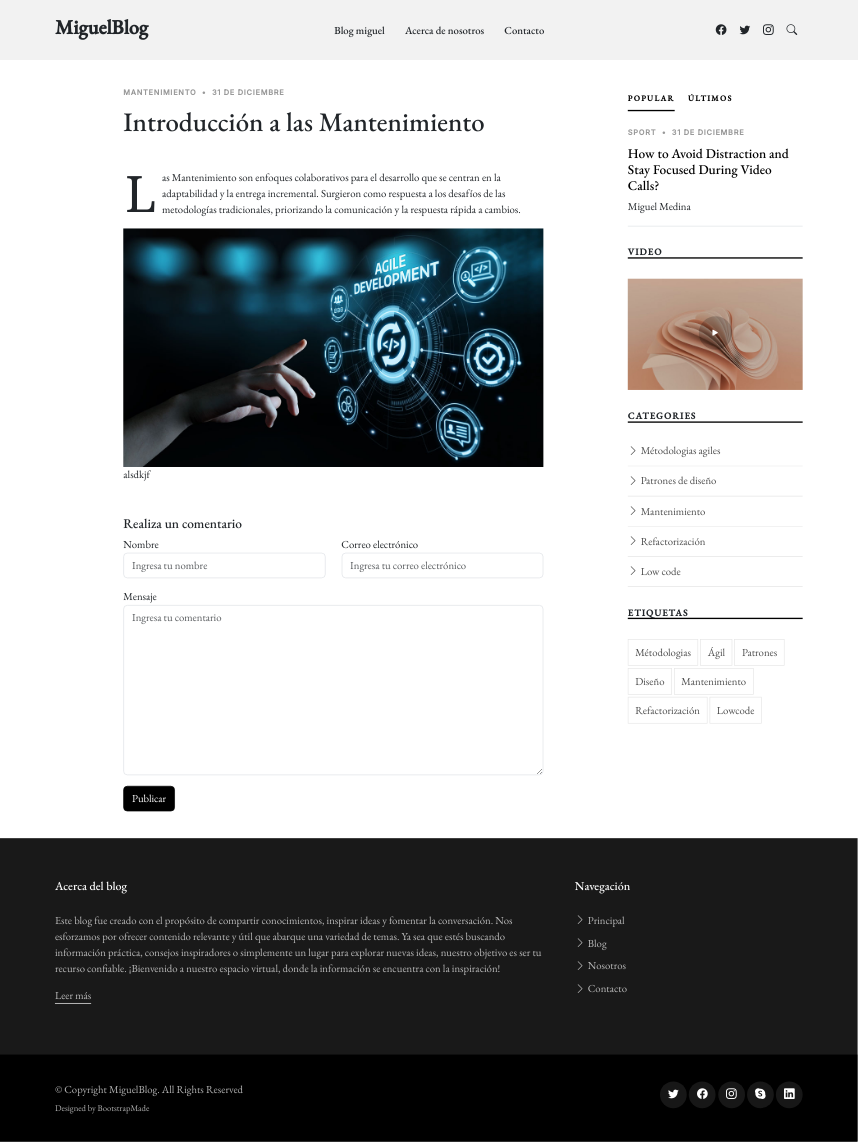
Repository: MiguelDev5/blog-miguel
Page: post-r.html
An editor plug-in stored every save of this project. The page is shown before and after the next save, followed by the edit.
The browser window is 1280 px wide. The pictures show the whole page, at 67% of full size.
Some web fonts or font styles are not loaded; a fallback is used.

Above is the page before, as saved 2024-01-01 20:58:13.

### post-r.html
<!DOCTYPE html>
<html lang="en">

<head>
  <meta charset="utf-8">
  <meta content="width=device-width, initial-scale=1.0" name="viewport">

  <title>MiguelBlog Bootstrap Template - Single Post</title>
  <meta content="" name="description">
  <meta content="" name="keywords">

  <!-- Favicons -->
  <link href="assets/img/favicon.png" rel="icon">
  <link href="assets/img/apple-touch-icon.png" rel="apple-touch-icon">

  <!-- Google Fonts -->
  <link rel="preconnect" href="https://fonts.googleapis.com">
  <link rel="preconnect" href="https://fonts.gstatic.com" crossorigin>
  <link href="https://fonts.googleapis.com/css2?family=EB+Garamond:wght@400;500&family=Inter:wght@400;500&family=Playfair+Display:ital,wght@0,400;0,700;1,400;1,700&display=swap" rel="stylesheet">

  <!-- Vendor CSS Files -->
  <link href="assets/vendor/bootstrap/css/bootstrap.min.css" rel="stylesheet">
  <link href="assets/vendor/bootstrap-icons/bootstrap-icons.css" rel="stylesheet">
  <link href="assets/vendor/swiper/swiper-bundle.min.css" rel="stylesheet">
  <link href="assets/vendor/glightbox/css/glightbox.min.css" rel="stylesheet">
  <link href="assets/vendor/aos/aos.css" rel="stylesheet">

  <!-- Template Main CSS Files -->
  <link href="assets/css/variables.css" rel="stylesheet">
  <link href="assets/css/main.css" rel="stylesheet">

  <!-- =======================================================
  * Template Name: MiguelBlog
  * Updated: Sep 18 2023 with Bootstrap v5.3.2
  * Template URL: https://bootstrapmade.com/miguelBlog-bootstrap-blog-template/
  * Author: BootstrapMade.com
  * License: https:///bootstrapmade.com/license/
  ======================================================== -->
</head>

<body>

  <!-- ======= Header ======= -->
  <header id="header" class="header d-flex align-items-center fixed-top">
    <div class="container-fluid container-xl d-flex align-items-center justify-content-between">

      <a href="index.html" class="logo d-flex align-items-center">
        <!-- Uncomment the line below if you also wish to use an image logo -->
        <!-- <img src="assets/img/logo.png" alt=""> -->
        <h1>MiguelBlog</h1>
      </a>

      <nav id="navbar" class="navbar">
        <ul>
          <li><a href="index.html">Blog miguel</a></li>
          <li><a href="about.html">Acerca de nosotros</a></li>
          <li><a href="contact.html">Contacto</a></li>
        </ul>
      </nav><!-- .navbar -->

      <div class="position-relative">
        <a href="#" class="mx-2"><span class="bi-facebook"></span></a>
        <a href="#" class="mx-2"><span class="bi-twitter"></span></a>
        <a href="#" class="mx-2"><span class="bi-instagram"></span></a>

        <a href="#" class="mx-2 js-search-open"><span class="bi-search"></span></a>
        <i class="bi bi-list mobile-nav-toggle"></i>

        <!-- ======= Search Form ======= -->
        <div class="search-form-wrap js-search-form-wrap">
          <form action="search-result.html" class="search-form">
            <span class="icon bi-search"></span>
            <input type="text" placeholder="Search" class="form-control">
            <button class="btn js-search-close"><span class="bi-x"></span></button>
          </form>
        </div><!-- End Search Form -->

      </div>

    </div>

  </header><!-- End Header -->

  <main id="main">

    <section class="single-post-content">
      <div class="container">
        <div class="row">
          <div class="col-md-9 post-content" data-aos="fade-up">

            <!-- ======= Single Post Content ======= -->
            <div class="single-post">
              <div class="post-meta"><span class="date">Mantenimiento</span> <span class="mx-1">&bullet;</span> <span>31 de Diciembre</span></div>
              <h1 class="mb-5">Introducción a las Mantenimiento</h1>
              <p><span class="firstcharacter">L</span>as Mantenimiento son enfoques colaborativos para el desarrollo que se centran en la adaptabilidad y la entrega incremental. Surgieron como respuesta a los desafíos de las metodologías tradicionales, priorizando la comunicación y la respuesta rápida a cambios.</p>
              <div class="col-md-9"></div>
                  <img src="assets/img/ma001.jpg" alt="" class="img-fluid" style="width: 200;">

              </div>

              <p>alsdkjf</p>

            <!-- ======= Comments Form ======= -->
            <div class="row justify-content-center mt-5">

              <div class="col-lg-12">
                <h5 class="comment-title">Realiza un comentario</h5>
                <div class="row">
                  <div class="col-lg-6 mb-3">
                    <label for="comment-name">Nombre</label>
                    <input type="text" class="form-control" id="comment-name" placeholder="Ingresa tu nombre">
                  </div>
                  <div class="col-lg-6 mb-3">
                    <label for="comment-email">Correo electrónico</label>
                    <input type="text" class="form-control" id="comment-email" placeholder="Ingresa tu correo electrónico">
                  </div>
                  <div class="col-12 mb-3">
                    <label for="comment-message">Mensaje</label>

                    <textarea class="form-control" id="comment-message" placeholder="Ingresa tu comentario" cols="30" rows="10"></textarea>
                  </div>
                  <div class="col-12">
                    <input type="submit" class="btn btn-primary" value="Publicar">
                  </div>
                </div>
              </div>
            </div><!-- End Comments Form -->

          </div>
          <div class="col-md-3">
            <!-- ======= Sidebar ======= -->
            <div class="aside-block">

              <ul class="nav nav-pills custom-tab-nav mb-4" id="pills-tab" role="tablist">
                <li class="nav-item" role="presentation">
                  <button class="nav-link active" id="pills-popular-tab" data-bs-toggle="pill" data-bs-target="#pills-popular" type="button" role="tab" aria-controls="pills-popular" aria-selected="true">Popular</button>
                </li>
                <li class="nav-item" role="presentation">
                  <button class="nav-link" id="pills-latest-tab" data-bs-toggle="pill" data-bs-target="#pills-latest" type="button" role="tab" aria-controls="pills-latest" aria-selected="false">Últimos</button>
                </li>
              </ul>

              <div class="tab-content" id="pills-tabContent">

                <!-- Popular -->
                <div class="tab-pane fade show active" id="pills-popular" role="tabpanel" aria-labelledby="pills-popular-tab">
                  <div class="post-entry-1 border-bottom">
                    <div class="post-meta"><span class="date">Sport</span> <span class="mx-1">&bullet;</span> <span>31 de Diciembre</span></div>
                    <h2 class="mb-2"><a href="#">How to Avoid Distraction and Stay Focused During Video Calls?</a></h2>
                    <span class="author mb-3 d-block">Miguel Medina</span>
                  </div>


                </div> <!-- End Popular -->



                <!-- Latest -->
                <div class="tab-pane fade" id="pills-latest" role="tabpanel" aria-labelledby="pills-latest-tab">
                  <div class="post-entry-1 border-bottom">
                    <div class="post-meta"><span class="date">Lifestyle</span> <span class="mx-1">&bullet;</span> <span>31 de Diciembre</span></div>
                    <h2 class="mb-2"><a href="#">Life Insurance And Pregnancy: A Working Mom’s Guide</a></h2>
                    <span class="author mb-3 d-block">Miguel Medina</span>
                  </div>



                </div> <!-- End Latest -->

              </div>
            </div>

            <div class="aside-block">
              <h3 class="aside-title">Video</h3>
              <div class="video-post">
                <a href="https://www.youtube.com/watch?v=AiFfDjmd0jU" class="glightbox link-video">
                  <span class="bi-play-fill"></span>
                  <img src="assets/img/post-landscape-5.jpg" alt="" class="img-fluid">
                </a>
              </div>
            </div><!-- End Video -->

            <div class="aside-block">
              <h3 class="aside-title">Categories</h3>
              <ul class="aside-links list-unstyled">
                <li><a href="category.html"><i class="bi bi-chevron-right"></i> Métodologias agiles</a></li>
                <li><a href="category.html"><i class="bi bi-chevron-right"></i> Patrones de diseño</a></li>
                <li><a href="category.html"><i class="bi bi-chevron-right"></i> Mantenimiento</a></li>
                <li><a href="category.html"><i class="bi bi-chevron-right"></i> Refactorización</a></li>
                <li><a href="category.html"><i class="bi bi-chevron-right"></i> Low code</a></li>
              </ul>
            </div><!-- End Categories -->

            <div class="aside-block">
              <h3 class="aside-title">Etiquetas</h3>
              <ul class="aside-tags list-unstyled">
                <li><a href="category.html">Métodologias</a></li>
                <li><a href="category.html">Ágil</a></li>
                <li><a href="category.html">Patrones</a></li>
                <li><a href="category.html">Diseño</a></li>
                <li><a href="category.html">Mantenimiento</a></li>
                <li><a href="category.html">Refactorización</a></li>
                <li><a href="category.html">Lowcode</a></li>
              </ul>
            </div><!-- End Tags -->

          </div>
        </div>
      </div>
    </section>
  </main><!-- End #main -->

  <!-- ======= Footer ======= -->
  <footer id="footer" class="footer">
    <div class="footer-content">
      <div class="container">
        <div class="row g-5">
          <div class="col-lg-8">
            <h3 class="footer-heading">Acerca del blog</h3>
            <p>Este blog fue creado con el propósito de compartir conocimientos, inspirar ideas y fomentar la conversación. Nos esforzamos por ofrecer contenido relevante y útil que abarque una variedad de temas. Ya sea que estés buscando información práctica, consejos inspiradores o simplemente un lugar para explorar nuevas ideas, nuestro objetivo es ser tu recurso confiable. ¡Bienvenido a nuestro espacio virtual, donde la información se encuentra con la inspiración!</p>
            <p><a href="about.html" class="footer-link-more">Leer más</a></p>
          </div>
          <div class="col-6 col-lg-2">
            <h3 class="footer-heading">Navegación</h3>
            <ul class="footer-links list-unstyled">
              <li><a href="index.html"><i class="bi bi-chevron-right"></i> Principal</a></li>
              <li><a href="index.html"><i class="bi bi-chevron-right"></i> Blog</a></li>
              <li><a href="about.html"><i class="bi bi-chevron-right"></i> Nosotros</a></li>
              <li><a href="contact.html"><i class="bi bi-chevron-right"></i> Contacto</a></li>
            </ul>
          </div>
        </div>
      </div>
    </div>

    <div class="footer-legal">
      <div class="container">

        <div class="row justify-content-between">
          <div class="col-md-6 text-center text-md-start mb-3 mb-md-0">
            <div class="copyright">
              © Copyright <strong><span>MiguelBlog</span></strong>. All Rights Reserved
            </div>

            <div class="credits">
              Designed by BootstrapMade
            </div>

          </div>

          <div class="col-md-6">
            <div class="social-links mb-3 mb-lg-0 text-center text-md-end">
              <a href="#" class="twitter"><i class="bi bi-twitter"></i></a>
              <a href="#" class="facebook"><i class="bi bi-facebook"></i></a>
              <a href="#" class="instagram"><i class="bi bi-instagram"></i></a>
              <a href="#" class="google-plus"><i class="bi bi-skype"></i></a>
              <a href="#" class="linkedin"><i class="bi bi-linkedin"></i></a>
            </div>

          </div>

        </div>

      </div>
    </div>
  </footer>

  <a href="#" class="scroll-top d-flex align-items-center justify-content-center"><i class="bi bi-arrow-up-short"></i></a>

  <!-- Vendor JS Files -->
  <script src="assets/vendor/bootstrap/js/bootstrap.bundle.min.js"></script>
  <script src="assets/vendor/swiper/swiper-bundle.min.js"></script>
  <script src="assets/vendor/glightbox/js/glightbox.min.js"></script>
  <script src="assets/vendor/aos/aos.js"></script>
  <script src="assets/vendor/php-email-form/validate.js"></script>

  <!-- Template Main JS File -->
  <script src="assets/js/main.js"></script>

</body>

</html>

### assets/css/variables.css
/**
* Template Name: ZenBlog
* File: variables.css
* Description: Easily customize colors, typography, and other repetitive properties used in the template main stylesheet file main.css
*
* Template URL: https://bootstrapmade.com/zenblog-bootstrap-blog-template/
* Author: BootstrapMade.com
* License: https://bootstrapmade.com/license/
*
* Contents:
* 1. ZenBlog template variables
* 2. Override default Bootstrap variables
* 3. Set color and background class names
*
* Learn more about CSS variables at https://developer.mozilla.org/en-US/docs/Web/CSS/Using_CSS_custom_properties
*/

/*--------------------------------------------------------------
# 1. ZenBlog template variables
--------------------------------------------------------------*/
:root {

  /* Fonts */
  --font-default: 'EB Garamond', system-ui, -apple-system, "Segoe UI", Roboto, "Helvetica Neue", Arial, "Noto Sans", "Liberation Sans", sans-serif, "Apple Color Emoji", "Segoe UI Emoji", "Segoe UI Symbol", "Noto Color Emoji";
  --font-primary: 'EB Garamond', serif; /*'Playfair Display', serif;*/
  --font-secondary: 'Inter', sans-serif;

  /* Colors */
  /* The *-rgb color names are simply the RGB converted value of the corresponding color for use in the rgba() function */

  /* Default text color */
  --color-default: #212529;
  --color-default-rgb: 33, 37, 41;

  /* Defult links color */
  --color-links: #212529;
  --color-links-hover: #15171a;

  /* Primay colors */
  --color-primary: #212529;
  --color-primary-light: #26282c;
  --color-primary-dark: #0b0c0e;

  --color-primary-rgb: 33, 37, 41;
  --color-primary-light-rgb: 38, 40, 44;
  --color-primary-dark-rgb: 11, 12, 14;

  /* Secondary colors */
  --color-secondary: #596d80;
  --color-secondary-light: #8498aa;
  --color-secondary-dark: #404f5c;

  --color-secondary-rgb: 89, 109, 128;
  --color-secondary-light-rgb: 132, 152, 170;
  --color-secondary-dark-rgb: 64, 79, 92;

  /* General colors */
  --color-blue: #0d6efd;
  --color-blue-rgb: 13, 110, 253;

  --color-indigo: #6610f2;
  --color-indigo-rgb: 102, 16, 242;

  --color-purple: #6f42c1;
  --color-purple-rgb: 111, 66, 193;

  --color-pink: #f3268c;
  --color-pink-rgb: 243, 38, 140;

  --color-red: #df1529;
  --color-red-rgb: 223, 21, 4;

  --color-orange: #fd7e14;
  --color-orange-rgb: 253, 126, 20;

  --color-yellow: #ffc107;
  --color-yellow-rgb: 255, 193, 7;

  --color-green: #059652;
  --color-green-rgb: 5, 150, 82;

  --color-teal: #20c997;
  --color-teal-rgb: 32, 201, 151;

  --color-cyan: #0dcaf0;
  --color-cyan-rgb: 13, 202, 240;

  --color-white: #ffffff;
  --color-white-rgb: 255, 255, 255;

  --color-gray: #6c757d;
  --color-gray-rgb: 108, 117, 125;

  --color-black: #000000;
  --color-black-rgb: 0, 0, 0;
}

/*--------------------------------------------------------------
# 2. Override default Bootstrap variables
--------------------------------------------------------------*/
:root {
  --bs-blue: var(--color-blue);
  --bs-indigo: var(--color-indigo);
  --bs-purple: var(--color-purple);
  --bs-pink: var(--color-pink);
  --bs-red: var(--color-red);
  --bs-orange: var(--color-orange);
  --bs-yellow: var(--color-yellow);
  --bs-green: var(--color-green);
  --bs-teal: var(--color-teal);
  --bs-cyan: var(--color-cyan);
  --bs-white: var(--color-white);
  --bs-gray: var(--color-gray);
  --bs-gray-dark: #343a40;
  --bs-gray-100: #f8f9fa;
  --bs-gray-200: #e9ecef;
  --bs-gray-300: #dee2e6;
  --bs-gray-400: #ced4da;
  --bs-gray-500: #adb5bd;
  --bs-gray-600: #6c757d;
  --bs-gray-700: #495057;
  --bs-gray-800: #343a40;
  --bs-gray-900: #212529;
  --bs-primary: var(--color-blue);
  --bs-secondary: var(--color-blue);
  --bs-success: #198754;
  --bs-info: #0dcaf0;
  --bs-warning: #ffc107;
  --bs-danger: #dc3545;
  --bs-light: #f8f9fa;
  --bs-dark: #212529;
  --bs-primary-rgb: var(--color-primary-rgb);
  --bs-secondary-rgb: var(--color-secondary-rgb);
  --bs-success-rgb: 25, 135, 84;
  --bs-info-rgb: 13, 202, 240;
  --bs-warning-rgb: 255, 193, 7;
  --bs-danger-rgb: 220, 53, 69;
  --bs-light-rgb: 248, 249, 250;
  --bs-dark-rgb: 33, 37, 41;
  --bs-white-rgb: var(--color-white-rgb);
  --bs-black-rgb: var(--color-black-rgb);
  --bs-body-color-rgb: var(--color-default-rgb);
  --bs-body-bg-rgb: 255, 255, 255;
  --bs-font-sans-serif: var(--font-default);
  --bs-font-monospace: SFMono-Regular, Menlo, Monaco, Consolas, "Liberation Mono", "Courier New", monospace;
  --bs-gradient: linear-gradient(180deg, rgba(255, 255, 255, 0.15), rgba(255, 255, 255, 0));
  --bs-body-font-family: var(--font-default);
  --bs-body-font-size: 1rem;
  --bs-body-font-weight: 400;
  --bs-body-line-height: 1.5;
  --bs-body-color: var(--color-default);
  --bs-body-bg: #fff;
}

/*--------------------------------------------------------------
# 3. Set color and background class names
--------------------------------------------------------------*/
/* Fonts */
.font-default { font-family: var(--font-default) !important; }
.font-primary { font-family: var(--font-primary) !important;}
.font-secondary { font-family: var(--font-secondary) !important; }

/* Text Colors */
.color-default { color: var(--color-default) !important; }
.color-links { color: var(--color-links) !important; }
.color-links:hover { color: var(--color-links-hover) !important; }
.color-primary { color: var(--color-primary) !important; }
.color-primary-light { color: var(--color-primary-light) !important; }
.color-primary-dark { color: var(--color-primary-dark) !important; }
.color-secondary { color: var(--color-secondary) !important; }
.color-secondary-light { color: var(--color-secondary-light) !important; }
.color-secondary-dark { color: var(--color-secondary-dark) !important; }
.color-blue { color: var(--color-blue) !important; }
.color-indigo { color: var(--color-indigo) !important; }
.color-purple { color: var(--color-purple) !important; }
.color-pink { color: var(--color-pink) !important; }
.color-red { color: var(--color-red) !important; }
.color-orange { color: var(--color-orange) !important; }
.color-yellow { color: var(--color-yellow) !important; }
.color-green { color: var(--color-green) !important; }
.color-teal { color: var(--color-teal) !important; }
.color-cyan { color: var(--color-cyan) !important; }
.color-white { color: var(--color-white) !important; }
.color-gray { color: var(--color-gray) !important; }
.color-black { color: var(--color-black) !important; }

/* Background Colors */
.bg-default { background-color: var(--color-default) !important; }
.bg-primary { background-color: var(--color-primary) !important; }
.bg-primary-light { background-color: var(--color-primary-light) !important; }
.bg-primary-dark { background-color: var(--color-primary-dark) !important; }
.bg-secondary { background-color: var(--color-secondary) !important; }
.bg-secondary-light { background-color: var(--color-secondary-light) !important; }
.bg-secondary-dark { background-color: var(--color-secondary-dark) !important; }
.bg-blue { background-color: var(--color-blue) !important; }
.bg-indigo { background-color: var(--color-indigo) !important; }
.bg-purple { background-color: var(--color-purple) !important; }
.bg-pink { background-color: var(--color-pink) !important; }
.bg-red { background-color: var(--color-red) !important; }
.bg-orange { background-color: var(--color-orange) !important; }
.bg-yellow { background-color: var(--color-yellow) !important; }
.bg-green { background-color: var(--color-green) !important; }
.bg-teal { background-color: var(--color-teal) !important; }
.bg-cyan { background-color: var(--color-cyan) !important; }
.bg-white { background-color: var(--color-white) !important; }
.bg-gray { background-color: var(--color-gray) !important; }
.bg-black { background-color: var(--color-black) !important; }

Loaded but not shown: assets/vendor/bootstrap/css/bootstrap.min.css (library); assets/vendor/bootstrap-icons/bootstrap-icons.css (library); assets/vendor/swiper/swiper-bundle.min.css (library); assets/vendor/glightbox/css/glightbox.min.css (library); assets/vendor/aos/aos.css (library); assets/vendor/bootstrap/js/bootstrap.bundle.min.js (library); assets/vendor/swiper/swiper-bundle.min.js (library); assets/vendor/glightbox/js/glightbox.min.js (library); assets/vendor/aos/aos.js (library); assets/vendor/php-email-form/validate.js (common file); assets/js/main.js (154 lines, source omitted); assets/css/main.css (1300 lines, source omitted)

After the next save:
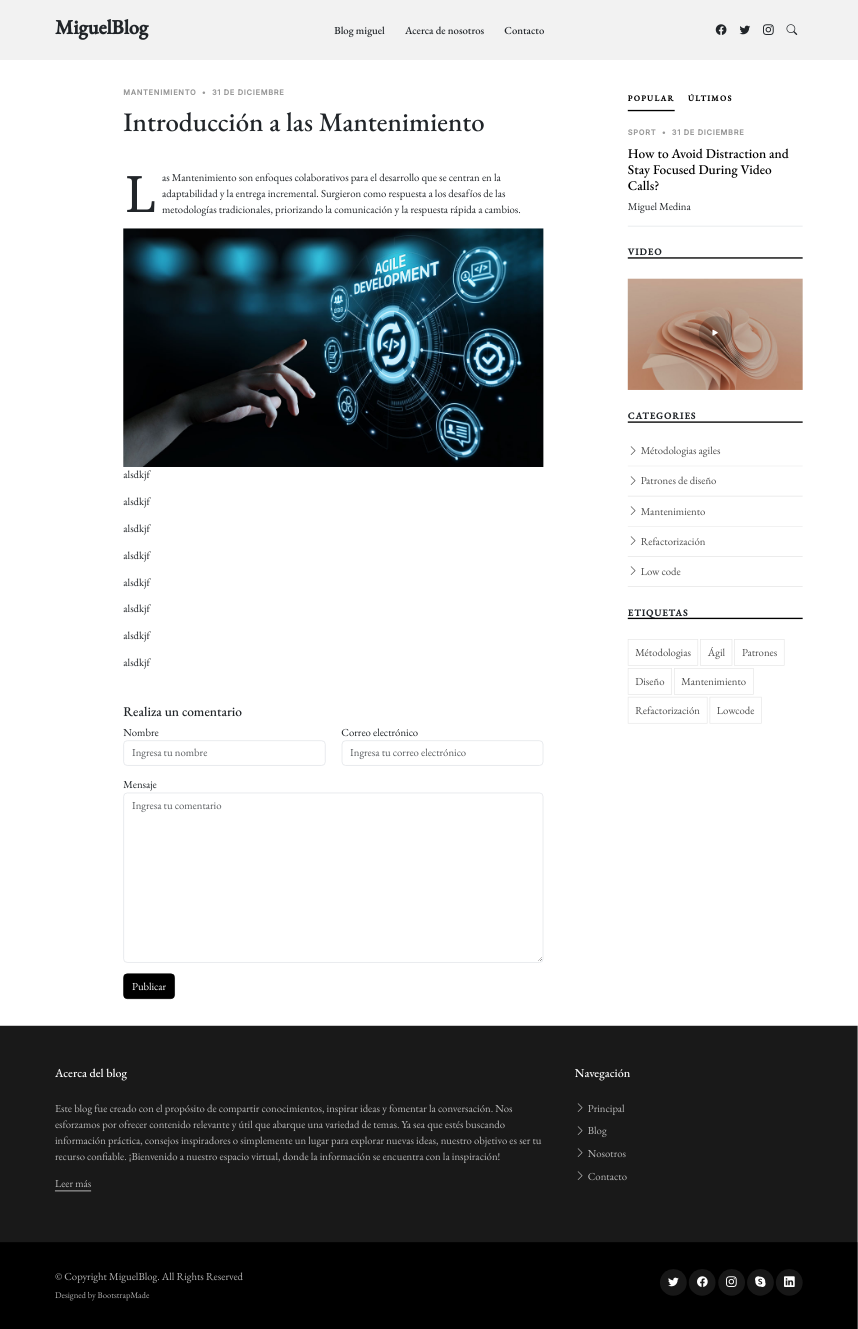
Saved 9 s later.
--- a/post-r.html
+++ b/post-r.html
@@ -99,6 +99,14 @@
               </div>
 
               <p>alsdkjf</p>
+              <p>alsdkjf</p>
+              <p>alsdkjf</p>
+              <p>alsdkjf</p>
+              <p>alsdkjf</p>
+              <p>alsdkjf</p>
+              <p>alsdkjf</p>
+              <p>alsdkjf</p>
+
 
             <!-- ======= Comments Form ======= -->
             <div class="row justify-content-center mt-5">
